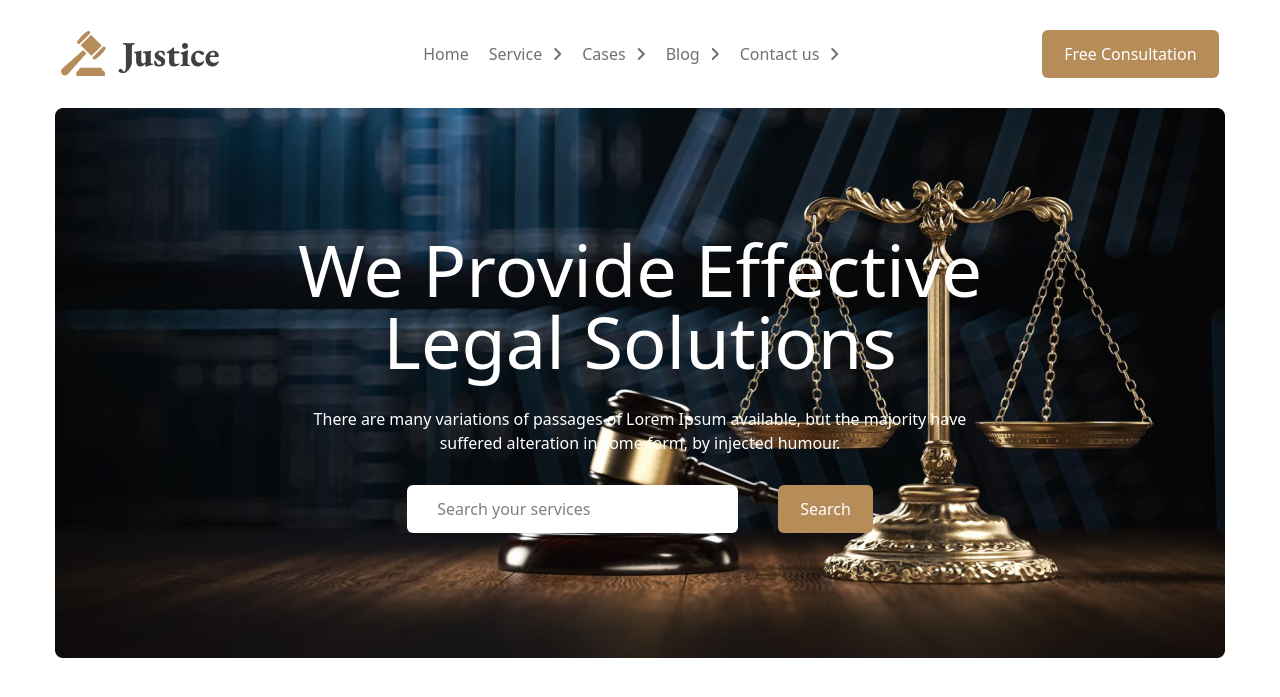
Repository: nahid-hasann/website-6
Page: index.html
An editor plug-in stored every save of this project. The page is shown before and after a run of saves, followed by the edit.
The browser window is 1280 px wide. The pictures show the whole page.

Above is the page before, as saved 2025-07-20 23:16:28.

After the next 2 saves:
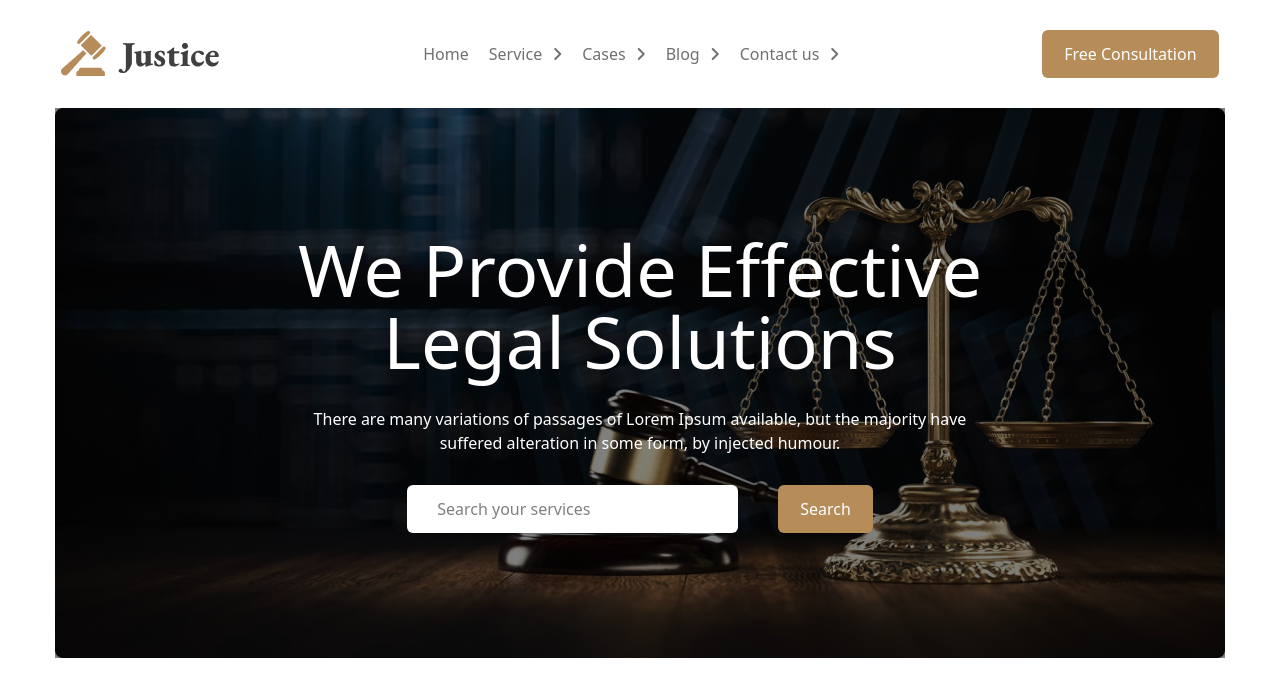
The 2 saves are shown as one change because they came seconds apart.
The last was saved 28 s later.
--- a/style.css
+++ b/style.css
@@ -1,3 +1,3 @@
 .banner-img{
-    background-image: url('images/banner.png');
+    background-image: linear-gradient(rgba(0, 0, 0, 0.5), rgba(0, 0, 0, 0.5)), url('images/banner.png');
 }
